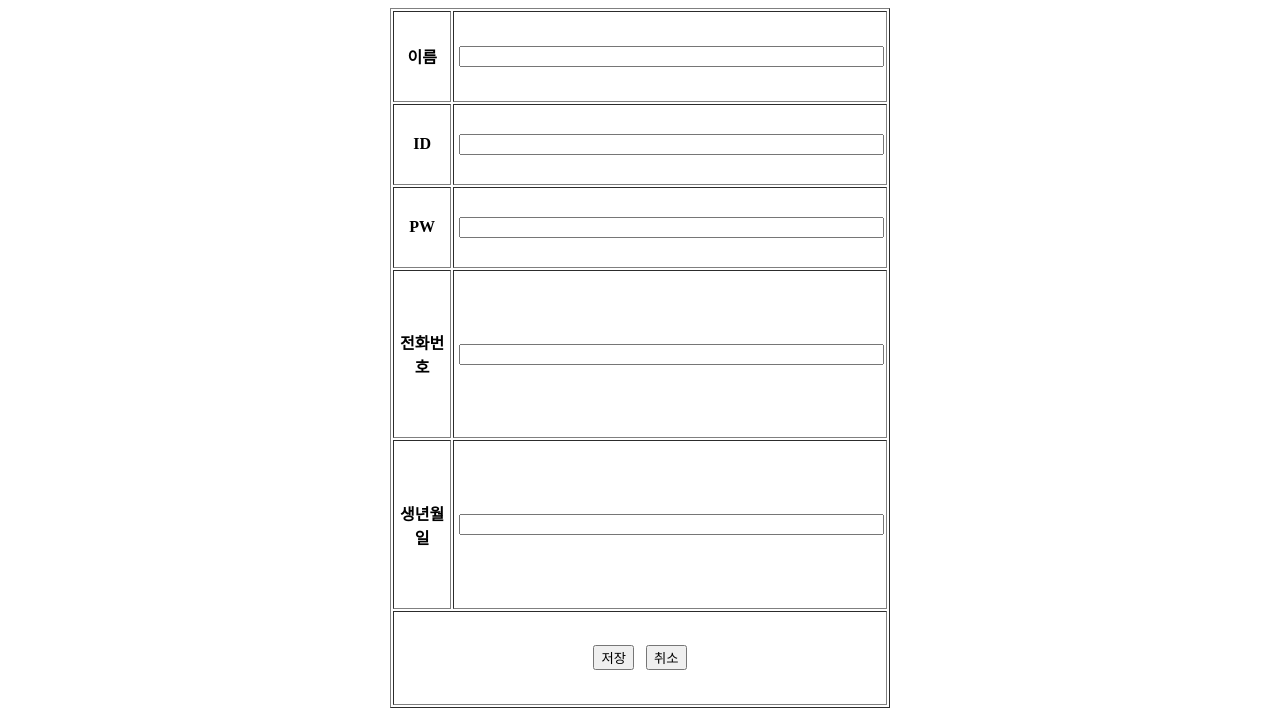
Repository: kwonminsung0/jspStudy
Page: jspStudy/src/main/webapp/join/join.html
The author's editor kept a copy of each file at every save. The page is drawn from the files as they stood at one save, then again after the next save.
The browser window is 1280 px wide. The pictures show the whole page.

Above is the page before, as saved 2024-12-03 08:50:00.

After the next save:
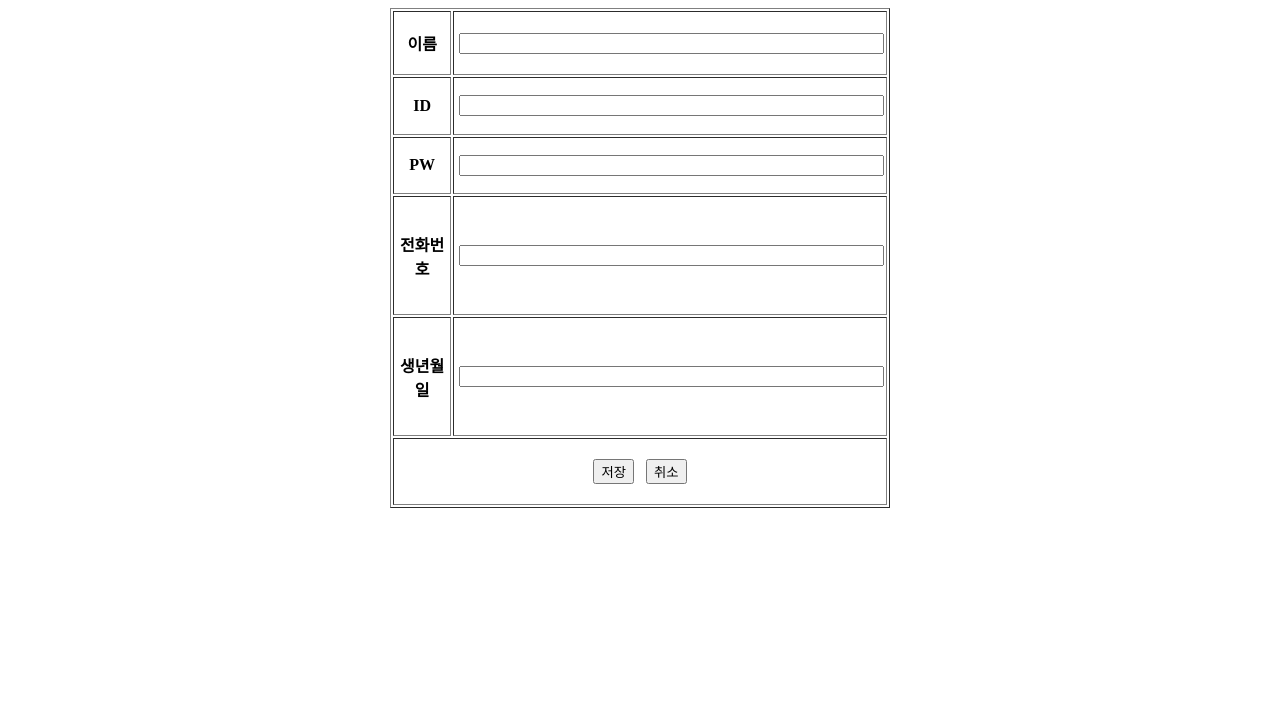
Saved 7 s later.
--- a/jspStudy/src/main/webapp/join/join.html
+++ b/jspStudy/src/main/webapp/join/join.html
@@ -7,7 +7,7 @@
 </head>
 <body>
 	<form method="post" action="/jspStudy/visitInsert">
-		<table align="center" width="500" height="700" border="1">
+		<table align="center" width="500" height="500" border="1">
 			<tr>
 				<th width="70">이름</th>
 				<td width="430">&nbsp;<input type="text" name="writer"
